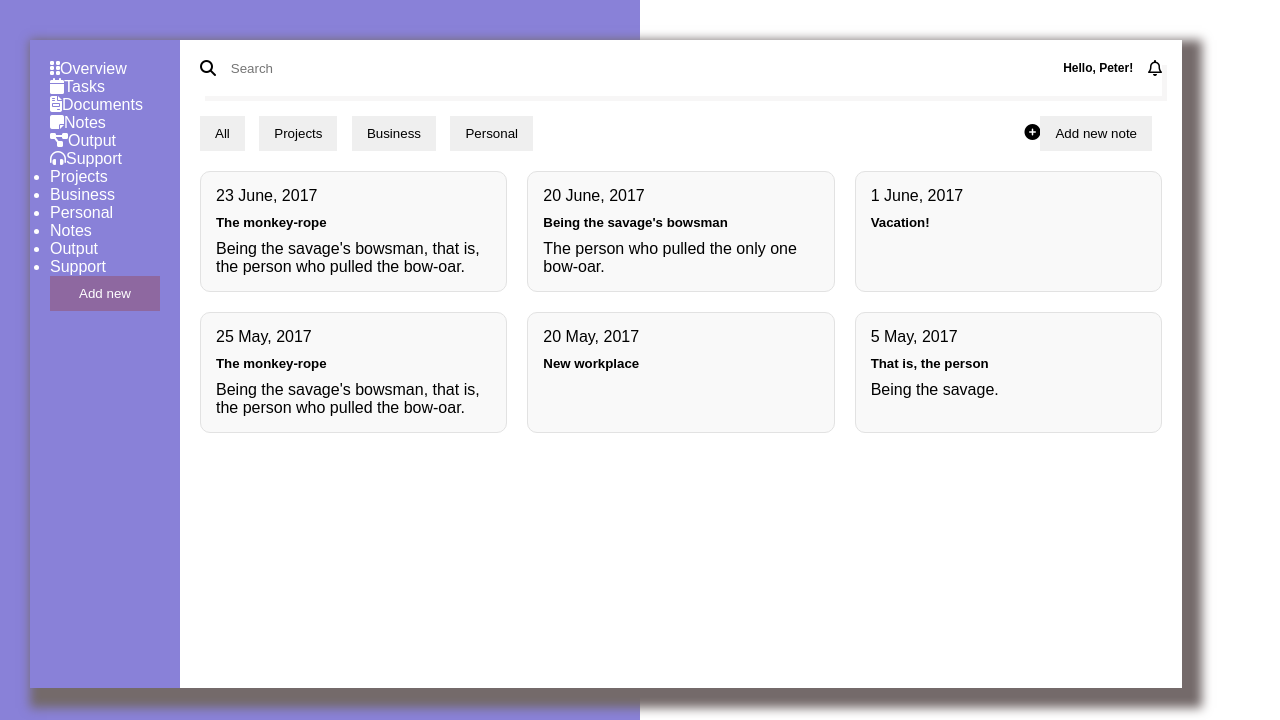
Repository: SatenikGabrielyan/HTML_CSS-_Assignment
Page: index.html
The author's editor kept a copy of each file at every save. The page is drawn from the files as they stood at one save, then again after a run of saves.
The browser window is 1280 px wide. The pictures show the whole page.
Some web libraries are served in a nearby version.

Above is the page before, as saved 2025-03-17 23:52:23.

### index.html
<!DOCTYPE html>
<html lang="en">
  <head>
    <meta charset="UTF-8" />
    <meta name="viewport" content="width=device-width, initial-scale=1.0" />
    <title>Notes App</title>
    <link rel="stylesheet" href="./style.css" />
    <script src="https://kit.fontawesome.com/858d305f19.js" crossorigin="anonymous"></script>
</head>
  <body>
      <div class="cont">
          <div class="purp"></div>
          <div class="whit"></div>
      </div>
    <div class="container">
      <aside class="sidebar">
        <!-- <header class="circle">
            <i class="fa-regular fa-circle"></i>
        </header> -->
        <nav>
            <ul class="first">
                <li><i class="fa-solid fa-grip-vertical"></i>Overview</li>
                <li> <i class="fa-solid fa-calendar"></i>Tasks</li>
                <li><i class="fa-solid fa-file-invoice"></i>Documents</li>
                <li><i class="fa-solid fa-note-sticky"></i>Notes</li>
                <li><i class="fa-solid fa-diagram-project"></i>Output</li>
                <li><i class="fa-solid fa-headphones-simple"></i>Support</li>
            </ul>
            <ul class="second">
                <li>Projects</li>
                <li>Business</li>
                <li>Personal</li>
                <li>Notes</li>
                <li>Output</li>
                <li>Support</li>
            </ul>
        </nav>
        <button class="add-new">Add new</button>
    </aside>

    <main class="main-content">
       <div class="header">
            <i class="fas fa-search"></i>  <input type="text" placeholder="Search">
            <h3>Hello, Peter!</h3> <i class="fa-regular fa-bell"></i>
    </div>
    <div class="proj">
        <div class="but">
        <div class="tabs">
            <button>All</button>
            <button>Projects</button>
            <button>Business</button>
            <button>Personal</button>
        </div>
        <div >
            <i class="fa-solid fa-circle-plus"></i><button class="add tabs">Add new note</button>
        </div>
    </div>
        <div class="notes-grid">
            <div class="note-card">
                <h4>23 June, 2017</h4>
                <h5>The monkey-rope</h5>
                <p>Being the savage's bowsman, that is, the person who pulled the bow-oar.</p>
            </div>
            <div class="note-card">
                <h4>20 June, 2017</h4>
                <h5>Being the savage's bowsman</h5>
                <p>The person who pulled the only one bow-oar.</p>
            </div>
            <div class="note-card">
                <h4>1 June, 2017</h4>
                <h5>Vacation!</h5>
            </div>
            <div class="note-card">
                <h4>25 May, 2017</h4>
                <h5>The monkey-rope</h5>
                <p>Being the savage's bowsman, that is, the person who pulled the bow-oar.</p>
            </div>
            <div class="note-card">
                <h4>20 May, 2017</h4>
                <h5>New workplace</h5>
            </div>
            <div class="note-card">
                <h4>5 May, 2017</h4>
                <h5>That is, the person</h5>
                <p>Being the savage.</p>
            </div>
        </div>
    </div>
    </main>

    </div>

  </body>
</html>

### style.css
/* CSS Variables for Colors */
:root {
    --bg-color: #fbfbfb;
    --primary-color: #8981d8;
    --secondary-color: #d0d0d0;
    --text-color: #858499;
    --highlight-color: #7f77cc;
    --hover-color: rgba(137, 129, 216, 0.5);
  }


  * {
    margin: 0;
    padding: 0;
    box-sizing: border-box;
  }

  body {
    font-family: Arial, sans-serif;
    /* background-color: var(--bg-color); */
    display: flex;
    height: 100vh;
  }
  .wrapper{
    position: relative;
  }

  .cont{
      display: flex;
      width: 100%;
      position: relative;
      z-index: -1;
      border-radius: 10px;
  }
.purp {
    width: 50%;
    background-color: var(--primary-color);
    flex-direction: row;
}
.whit {
    width: 50%;
    /* background-color: lightgray; */
    flex-direction: row;
}
  .container {
    display: flex;
    width: 90%;
    height: 90%;

    box-shadow: 10px 10px 10px 10px rgb(116, 106, 106);
    margin-left: 30px;
    margin-right: 30px;
    margin-top: 40px;
    margin-bottom: 80px;
    background: center;
    position: absolute;
    z-index: 2;
  }

   .sidebar {
    width: 150px;
    background-color: var(--primary-color);
    color: #fff;
    display: flex;
    flex-direction: column;
    padding: 20px;
  }

  .main-content li {
    float: left;
  }

  .main-content li a {
    display: block;
    color: white;
    text-align: center;
    padding: 14px 16px;
    text-decoration: none;
  }

  .main-content li a:hover:not(.active) {
    background-color: #111;
  }

  .sidebar-header h2 {
    margin-bottom: 20px;
  }

  .sidebar-list {
    list-style: none;
  }

  .sidebar-list li {
    margin: 15px 0;
    display: flex;
    align-items: center;
    cursor: pointer;
  }

  .sidebar-list li i {
    margin-right: 10px;
  }

  .main-content {
    background-color: white;
    /* width: 200px; */
    flex-grow: 1;
    flex: 1;
    /* padding-top: 20px; */
     padding: 20px;
    /* overflow-y: auto;  */
  }

   /* header {
    display: flex;
    justify-content: space-between;
    align-items: center;
    margin-bottom: 20px;
  } */

  /*
  .header-left p {
    font-size: 1.2em;
    color: var(--text-color);
  }

  .header-right {
    display: flex;
    align-items: center;
  }

  .header-right i {
    margin-right: 20px;
    cursor: pointer;
  }

  .add-note-btn {
    background-color: var(--primary-color);
    color: #fff;
    border: none;
    padding: 10px 20px;
    cursor: pointer;
    display: flex;
    align-items: center;
  }

  .add-note-btn i {
    margin-right: 10px;
  }


  .notes-grid {
    display: grid;
    grid-template-columns: repeat(auto-fill, minmax(300px, 1fr));
    gap: 20px;
  }

  .note-item {
    background-color: #fff;
    border-radius: 8px;
    box-shadow: 0 2px 4px rgba(0, 0, 0, 0.1);
    overflow: hidden;
    display: flex;
    flex-direction: column;
    padding: 20px;
  }

  .note-item img {
    width: 100%;
    height: auto;
    border-radius: 8px;
    margin-bottom: 15px;
  }

  .note-item p {
    color: var(--text-color);
    font-size: 1em;
    line-height: 1.5;
  }


  .sidebar-list li:hover {
    background-color: var(--highlight-color);
    transition: background-color 0.3s ease;
  }


  @media (max-width: 768px) {
    .container {
      flex-direction: column;
    }

    .sidebar {
      width: 100%;
      flex-direction: row;
      justify-content: space-around;
      padding: 10px;
    }

    .sidebar-list {
      display: flex;
      flex-direction: row;
      gap: 15px;
    }

    .sidebar-list li {
      margin: 0;
    }

    .main-content {
      padding: 10px;
    }

    header {
      flex-direction: column;
      align-items: flex-start;
    }

    .header-right {
      margin-top: 10px;
    }

    .notes-grid {
      grid-template-columns: 1fr;
    }

    .note-item {
      padding: 10px;
    }

    .note-item img {
      margin-bottom: 10px;
    }
  } */
  /* .sidebar {
    background-color: #5e4b9a;
    color: white;
    width: 300px;
    padding: 20px;
} */

/* .sidebar header {
    font-size: 24px;
}

.sidebar nav ul {
    list-style: none;
    padding: 0;
}

.sidebar nav ul li {
    margin: 15px 0;
} */

.add-new {
    background-color: #8e68a0;
    color: white;
    border: none;
    padding: 10px;
    cursor: pointer;
}

.header {
    display: flex;
    width: 100%;
    justify-content: space-between;
    align-items: center;
    background-color: white;
    box-shadow: 5px  5px rgb(247, 246, 246);
    padding-bottom: 20px;
}

.header input {
    border: none;
    margin: 0;
    width: 85%;
}

.header h3 {
    margin: 0;
    font-size: 12px;
}

.tabs {
    margin: 20px 0;
}

.tabs button {
    margin-right: 10px;
    padding: 10px 15px;
    border: none;
    /* background-color: #e2e2e2; */
    cursor: pointer;
}
.tabs :hover {
    background-color: var(--highlight-color);
    transition: background-color 0.3s ease;
  }
.first {
    list-style-type: none;
}
.first li {
    margin 20 px;
}
.notes-grid {
    display: grid;
    grid-template-columns: repeat(auto-fill, minmax(240px, 1fr));
    gap: 20px;
}
.but{
    display: flex;
    flex-direction: row;
    justify-content: space-between;
}
.add {
    margin-right: 10px;
    padding: 10px 15px;
    border: none;
    cursor: pointer;
}

.note-card {
    border: 1px solid #e2e2e2;
    border-radius: 10px;
    padding: 15px;
    background-color: #f9f9f9;
}

.note-card h4 {
    margin: 0;
    font-weight: normal;
}

.note-card h5 {
    margin: 10px 0;
}

After the next 3 saves:
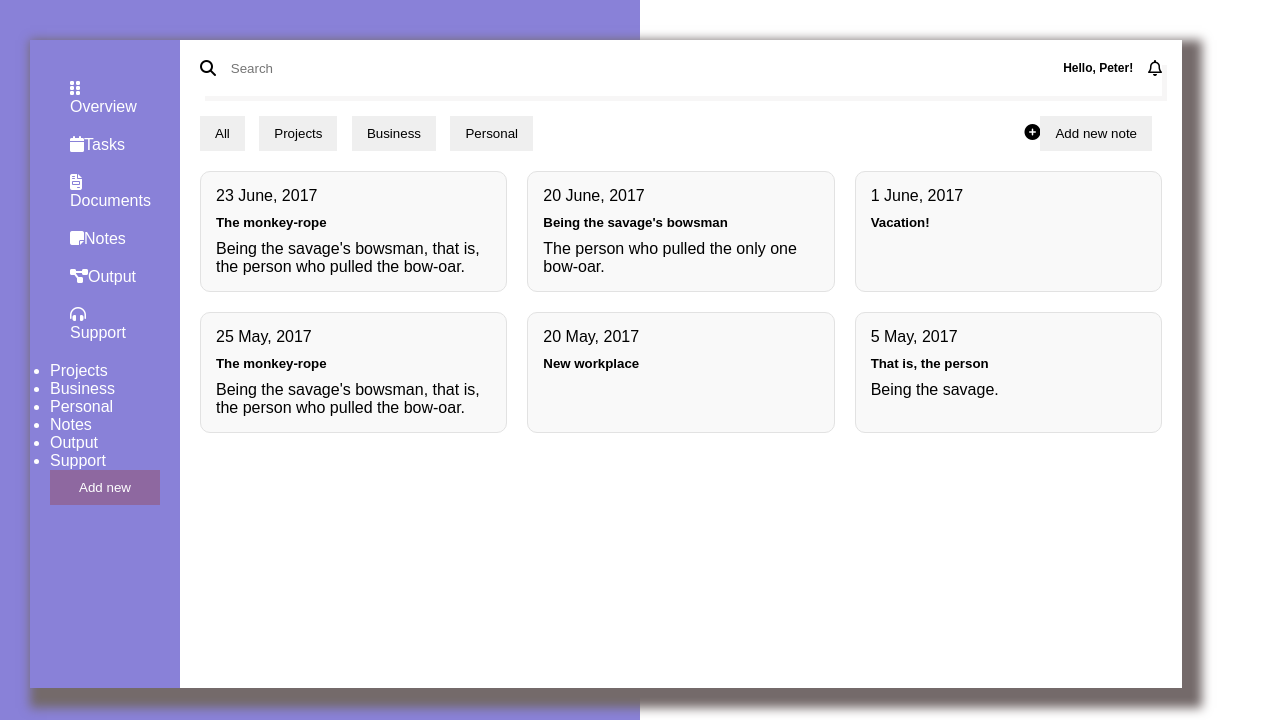
The 3 saves are shown as one change because they came seconds apart.
The last was saved 9 s later.
--- a/style.css
+++ b/style.css
@@ -300,7 +300,7 @@
     list-style-type: none;
 }
 .first li {
-    margin 20 px;
+    margin: 20px;
 }
 .notes-grid {
     display: grid;

After the 2 saves that followed:
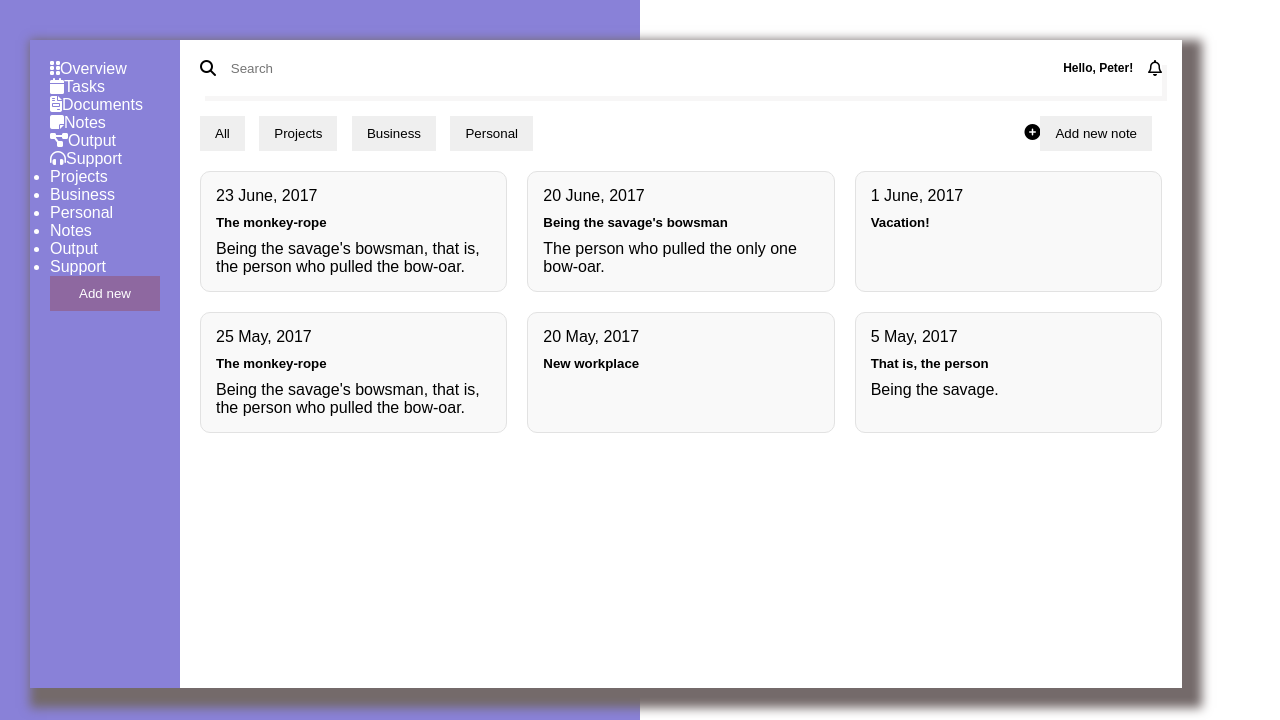
The 2 saves are shown as one change because they came seconds apart.
The last was saved 4 min 12 s later.
--- a/style.css
+++ b/style.css
@@ -300,7 +300,7 @@
     list-style-type: none;
 }
 .first li {
-    margin: 20px;
+    padding
 }
 .notes-grid {
     display: grid;
